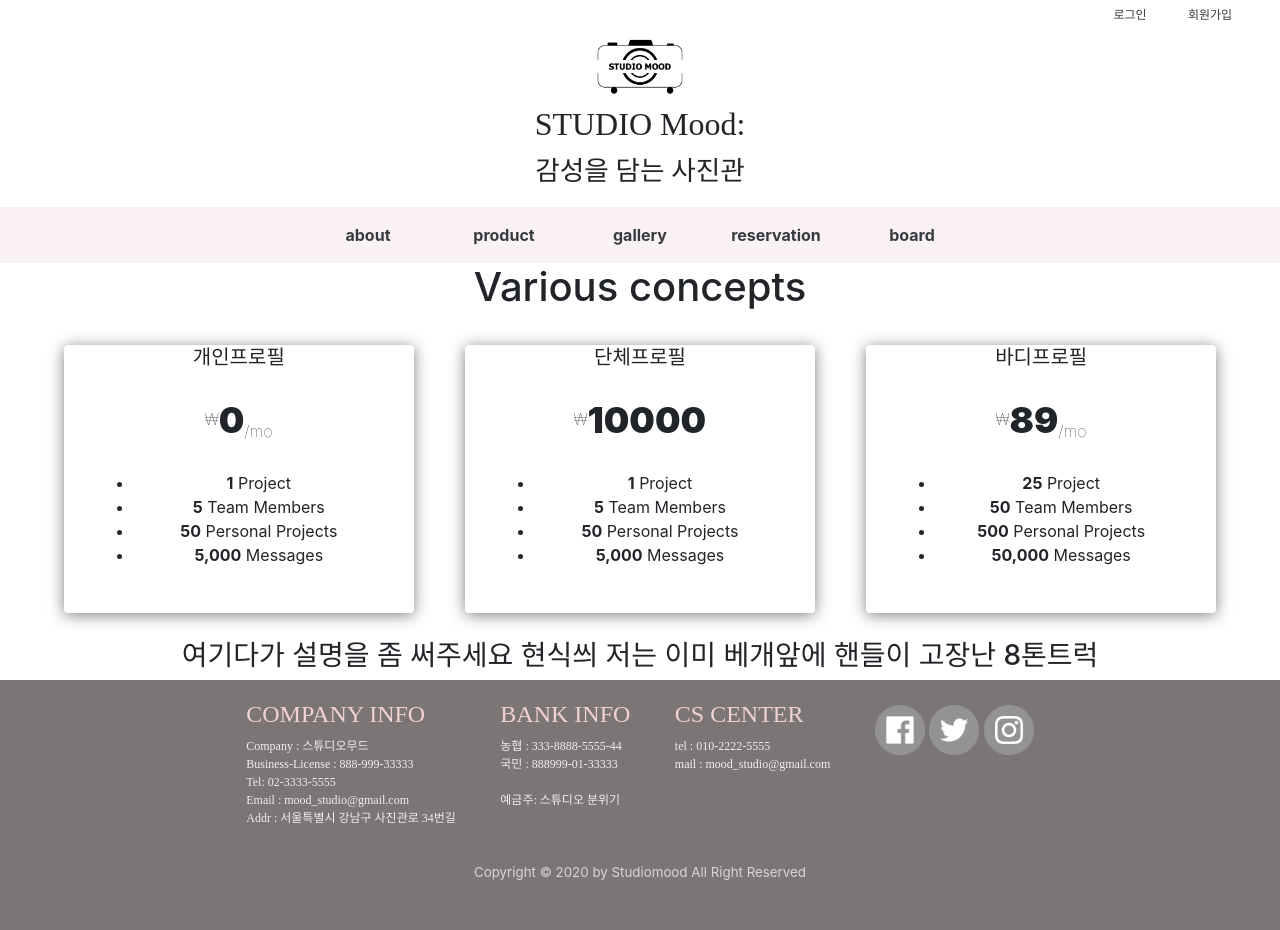
Repository: seugju/HSDsemi
Page: http://localhost/studioMood/views/product/productTest.jsp
The author's editor kept a copy of each file at every save. The page is drawn from the files as they stood at one save, then again after the next save.
The browser window is 1280 px wide. The pictures show the whole page.
Some web fonts or font styles are not loaded; a fallback is used. The page is served by Tomcat 9.

Above is the page before, as saved 2020-12-02 16:37:44.

After the next save:
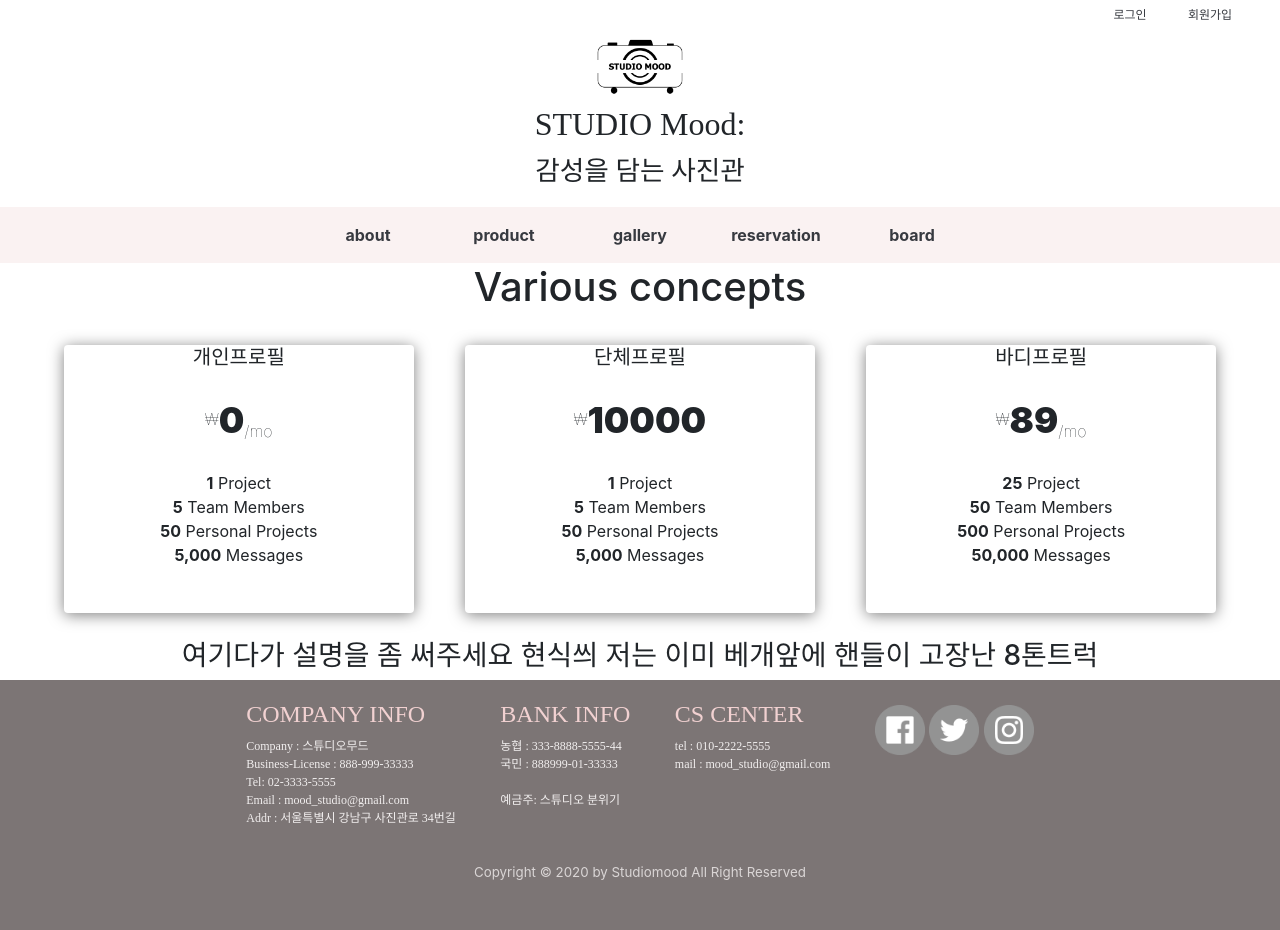
Saved 30 s later.
--- a/project-workspace/studioMood/WebContent/views/product/productTest.jsp
+++ b/project-workspace/studioMood/WebContent/views/product/productTest.jsp
@@ -39,7 +39,10 @@
 	font-size: 16px;
 	font-weight: 100;
 }
-
+.features-list {
+	padding: 0;
+	list-style-type: none;
+}
 </style>
 <body>
 <%@ include file="/WEB-INF/views/common/header.jsp" %>
